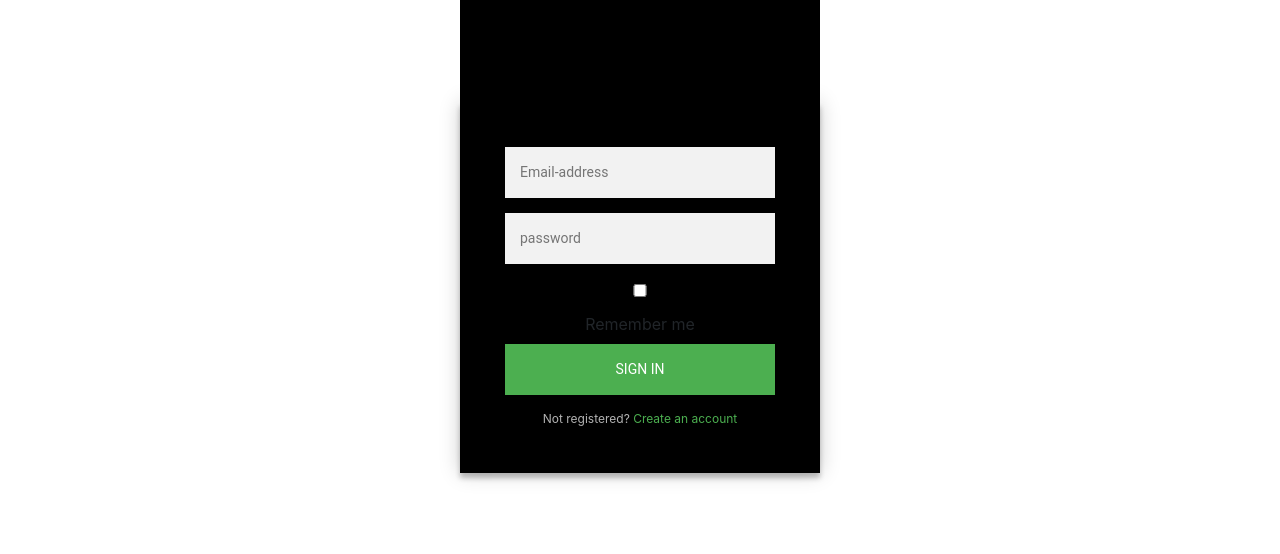
Repository: andbilous/cursor-styled-components
Page: /sign-in
The author's editor kept a copy of each file at every save. The page is drawn from the files as they stood at one save, then again after a run of saves.
The browser window is 1280 px wide. The pictures show the whole page.
The project was rebuilt for these pictures with package versions that can differ from the ones it lists, and the page was loaded fresh each time. Also part of the build but not shown: src/App.css, src/components/SignUpForm.jsx.

Above is the page before, as saved 2020-04-19 13:32:49.

After the next 8 saves:
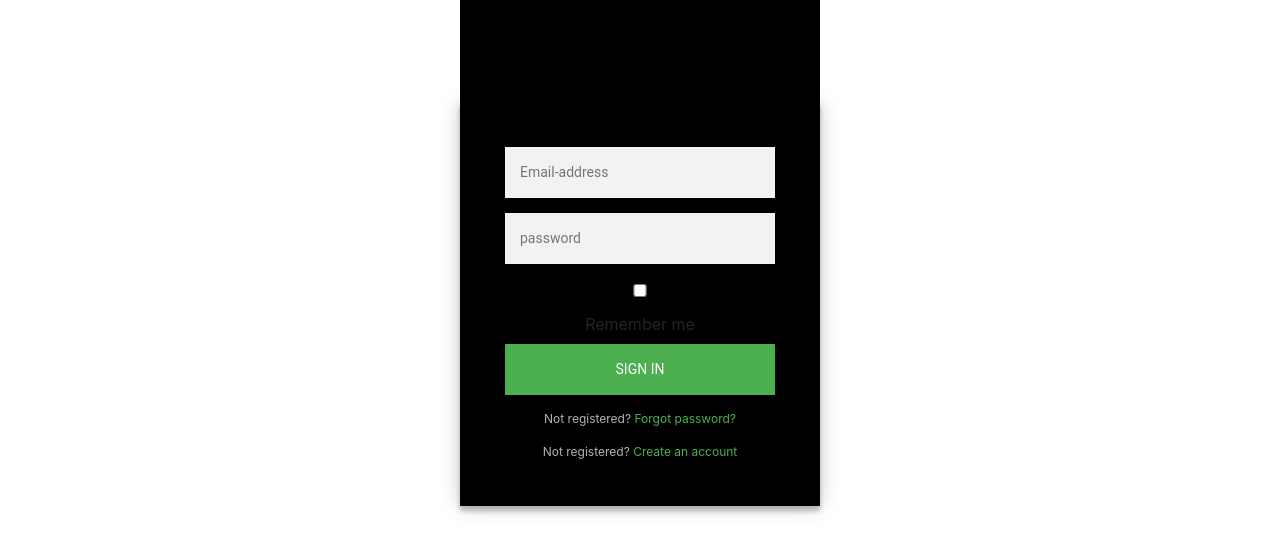
The 8 saves are shown as one change because they came seconds apart.
The last was saved 15 s later.
--- a/src/components/SignInForm.jsx
+++ b/src/components/SignInForm.jsx
@@ -114,7 +114,7 @@ const SignInForm =() =>{
       <div><input type="checkbox"/><label>Remember me</label></div>
      <button>Sign In</button>
      <div>
-
+     <p class="message">Not registered? <a href="#">Forgot password?</a></p>
        <p class="message">Not registered? <a href="#">Create an account</a></p>
        </div>
     </form>
